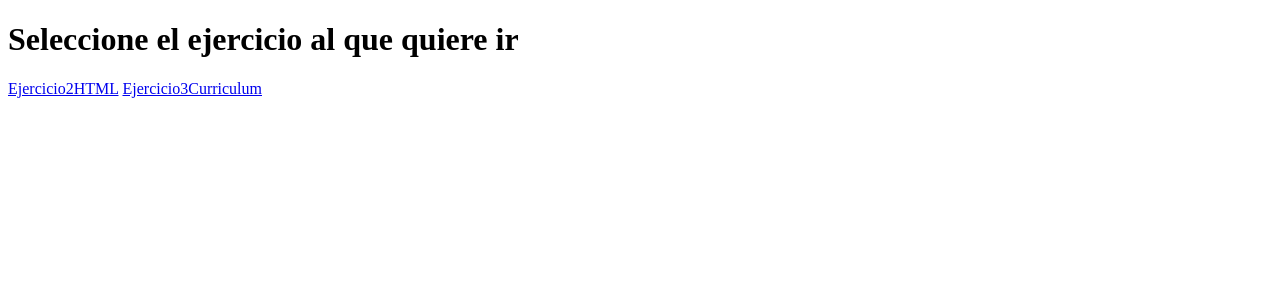
Repository: salvadorsobrino/Ejercicio4JavaTomCat
Page: Ejercicio4/src/main/webapp/index.html
These files come from the project's save history. The page is drawn as it stood at one moment and after the next save; the edit follows.
The browser window is 1280 px wide. The pictures show the whole page.

Above is the page before, as saved 2022-03-10 17:30:58.

After the next save:
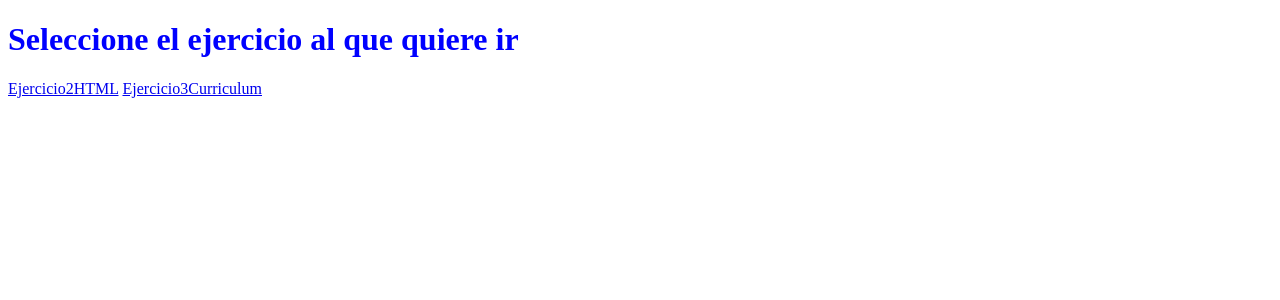
Saved 13 s later.
--- a/Ejercicio4/src/main/webapp/index.html
+++ b/Ejercicio4/src/main/webapp/index.html
@@ -5,7 +5,7 @@
 <title>Insert title here</title>
 </head>
 <body>
-	<h1>Seleccione el ejercicio al que quiere ir</h1>
+	<h1 style="color: blue;">Seleccione el ejercicio al que quiere ir</h1>
 	<a href="/Ejercicio4/Ejercicio2/index.html">Ejercicio2HTML</a>
 	<a href="/Ejercicio4/Ejercicio3Curriculum/index.html">Ejercicio3Curriculum</a>
 </body>
